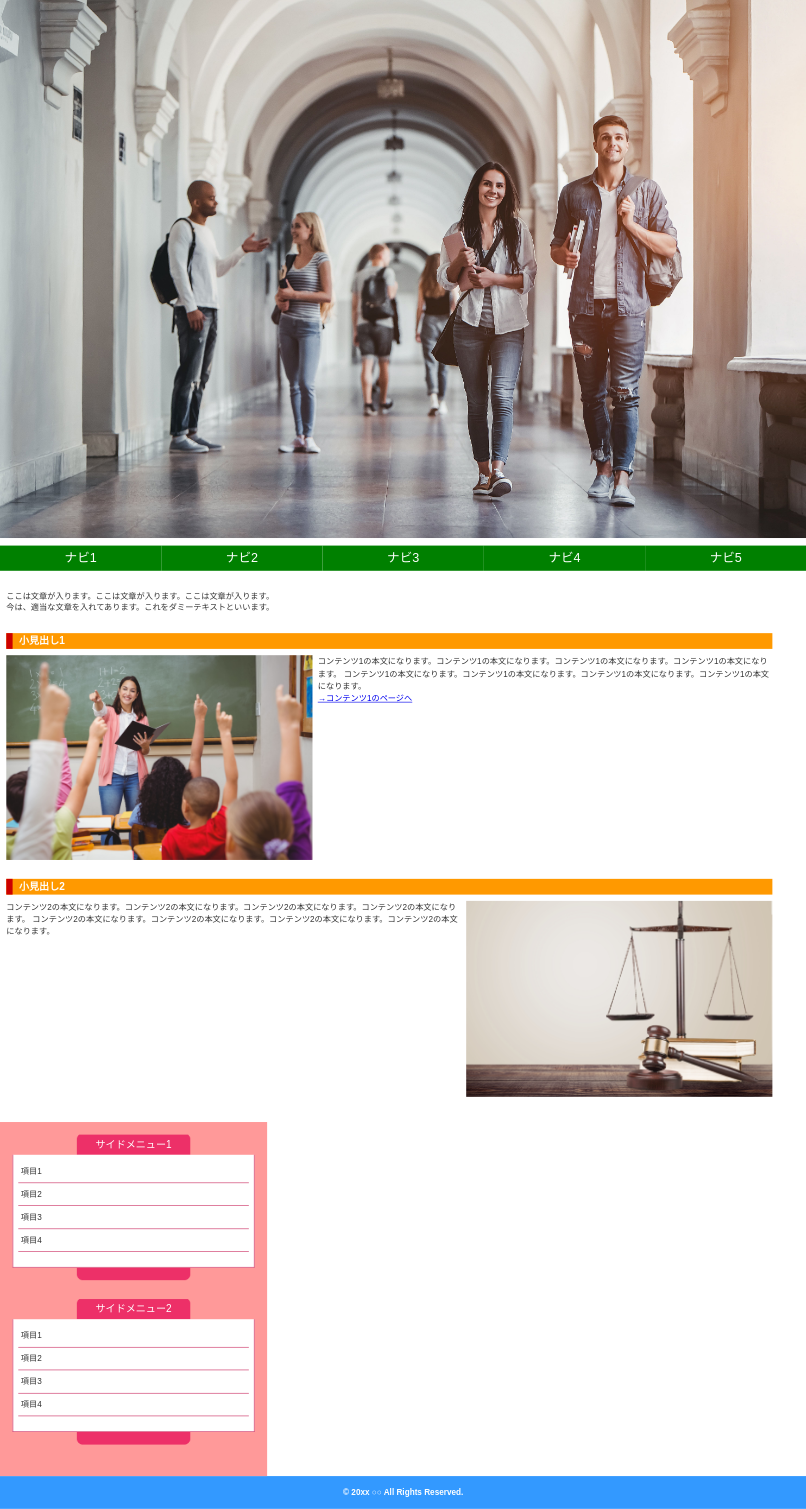
Repository: Yuuki-JP/samurai_HTML-CSS
Page: home.html
The author's editor kept a record of every edit. The page is drawn from the files as they stood at one moment, then again after the next edit.
The browser window is 1280 px wide. The pictures show the whole page, at 63% of full size.

Above is the page before.

### home.html
<!DOCTYPE html>
<html lang="ja">
    <head>
        <meta charset="UTF-8">
        <title>HTML/CSSの学習</title>
        <link rel="stylesheet" href="stylesheet.css">
    </head>
    <body>
        <div id="header">
            <h1><a href="index.html"><img id="corridor" src="images/corridor.jpg" alt="大学の廊下" /></a></h1>
        </div>
        <div id="wrapper">
            <div id="nav">
                <ul>
                    <li><a href="home.html">ナビ1</a></li>
                    <li><a href="#">ナビ2</a></li>
                    <li><a href="#">ナビ3</a></li>
                    <li><a href="#">ナビ4</a></li>
                    <li><a href="#">ナビ5</a></li>
                </ul>
            </div>
            <div id="container">
                <div id="main">
                    <div class="post">
                        <p>ここは文章が入ります。ここは文章が入ります。ここは文章が入ります。<br />今は、適当な文章を入れてあります。これをダミーテキストといいます。</p>
                    </div>
                    <div class="post clearfix">
                        <h2>小見出し1</h2>
                        <img class="left" src="images/classroom.jpg" alt="授業風景" />
                        <p>
                            コンテンツ1の本文になります。コンテンツ1の本文になります。コンテンツ1の本文になります。コンテンツ1の本文になります。
                            コンテンツ1の本文になります。コンテンツ1の本文になります。コンテンツ1の本文になります。コンテンツ1の本文になります。
                        </p>
                        <p><a href="#">→コンテンツ1のページへ</a></p>
                    </div>
                    <div class="post clearfix">
                        <h2>小見出し2</h2>
                        <img class="right" src="images/scale.jpg" alt="天秤" />
                        <p>
                            コンテンツ2の本文になります。コンテンツ2の本文になります。コンテンツ2の本文になります。コンテンツ2の本文になります。
                            コンテンツ2の本文になります。コンテンツ2の本文になります。コンテンツ2の本文になります。コンテンツ2の本文になります。
                        </p>
                    </div>
                </div>
                <div id="side">
                    <div class="box">
                        <h2>サイドメニュー1</h2>
                        <div class="boxBody">
                            <ul>
                                <li>項目1</li>
                                <li>項目2</li>
                                <li>項目3</li>
                                <li>項目4</li>
                            </ul>
                        </div>
                    </div>
                    <div class="box">
                        <h2>サイドメニュー2</h2>
                        <div class="boxBody">
                            <ul>
                                <li>項目1</li>
                                <li>項目2</li>
                                <li>項目3</li>
                                <li>項目4</li>
                            </ul>
                        </div>
                    </div>
                </div>
            <!-- </div> -->
        </div>
        <div id="footer">
            <p>&copy; 20xx ○○ All Rights Reserved.</p>
        </div>
    </body>
</html>

### stylesheet.css
@charset "utf-8";

body {
	margin: 0;
	padding: 0;
	font-family: "ヒラギノ角ゴ Pro W3", "Hiragino Kaku Gothic Pro", "メイリオ", Meiryo, Osaka, "ＭＳ Ｐゴシック", "MS PGothic", sans-serif;
	color: #333;
	font-size: 13px;
	line-height: 150%;
}

/* -------------------- wrapper -------------------- */
#wrapper {
    width: 100%;
    margin: auto;
    padding: 0px;
    border: 0px;
    background-color: #FFF;
    top: 10px;
    position: relative;
}

/* -------------------- header -------------------- */
#header {
	width: 100%;
}
#header h1 {
	margin: 0;
	padding: 0;
}

#corridor {
	width: 100%;
	height: auto;
}

/* -------------------- footer -------------------- */
#footer {
	clear: both;
	width: 100%;
	padding: 3px 0 3px 0;
	background: #39F;
	color: #FFF;
	font-weight: bold;
	text-align: center;
}

 /* -------------------- nav -------------------- */
 #nav {
	 width: 100%;
 }
 #nav ul {
  display: flex;
	 margin: 0;
	 padding: 0;
     list-style-type: none;
 }
 #nav ul li {

	 width: 20%;
	 text-align: center;
 }
 #nav ul li a {
	 display: block;
	 height: 20px;
	 margin: 0;
	 padding: 10px;
	 color: #FFF;
	 font-size: 20px;
	 text-decoration: none;
	 background-color: green;
 }

 #nav ul li a:hover {
  filter: drop-shadow(10px 10px 10px black);
 }

 /*----------------- container -------------------*/
 #container {
 	width: 100%;
 	margin: auto;
 	padding: auto;
 	padding-top: 20px;
 	clear: both;
 	display: grid;
 	grid-temprate-columns: 70vw 30vw;
 }

 /* -------------------- main -------------------- */
 #main {

 	width: 95%;
 	padding: 10px 30px 10px 10px;
 }

 #main h2 {
 	margin: 0 0 10px 0;
 	padding: 3px 10px 3px 10px;
 	color: #FFF;
 	font-size: 16px;
 	border-left: solid 10px #C00;
 	background: #F90; url(../images/main_h2.jpg) right top repeat-y;

 }
  #main p {
	 margin: 0;
	 padding: 0;
 }
 #main .post {
	 margin: 0 0 30px 0;
 }

 #main .post img.right {
	 margin: 0 0 0 8px;
 }
 #main .post img.left {
	 margin: 0 8px 0 0;
 }

 .right {
	 float: right;
	 width: 40%;
	 height: auto;
 }
 .left {
	 float: left;
	 width: 40%;
	 height: auto;
 }

 /* -------------------- clearfix -------------------- */
 .clearfix {
	 zoom: 1;
 }
 .clearfix:after{
	 content: "";
	 display: block;
	 clear: both;
 }


 /* -------------------- side -------------------- */
 #side {
 	 float: right;
 	 width: 30%;
 	 padding: 20px;
 	 background-color: #F99;
  }
 #side .box {
 	 margin: 0 auto 30px auto;
 	 padding: 0 0 20px 0;
 	 background: url(images/side_box.png) bottom no-repeat;
 }
 #side .box h2 {
 	 margin: 0;
 	 padding: 8px;
 	 text-align: center;
 	 color: #fff;
 	 font-size: 16px;
	 line-height: 16px;
 	 font-weight: normal;
 	 background: url(images/side_box_h2.png) center no-repeat;
 }
 #side .box .boxBody {
 	 padding: 8px;
 	 border-right: solid 1px #C36;
 	 border-bottom: solid 1px #C36;
 	 border-left: solid 1px #C36;
 	 background: #fff;
 }
 #side .box .boxBody ul {
 	 margin: 0 0 16px 0;
 	 padding: 0;
 }
 #side .box .boxBody ul li {
 	 padding: 8px 0 8px 4px;
 	 list-style: none;
 	 border-bottom: solid 1px #C36;
 }

 #side .box .boxBody ul li:hover {
  padding: 8px 0px 8px 4px;
  list-style: none;
  border-bottom: solid 1px #C36;
  box-shadow: 0px 4px 4px rgba(0, 0, 0, 0.3);
 }

After the next edit:
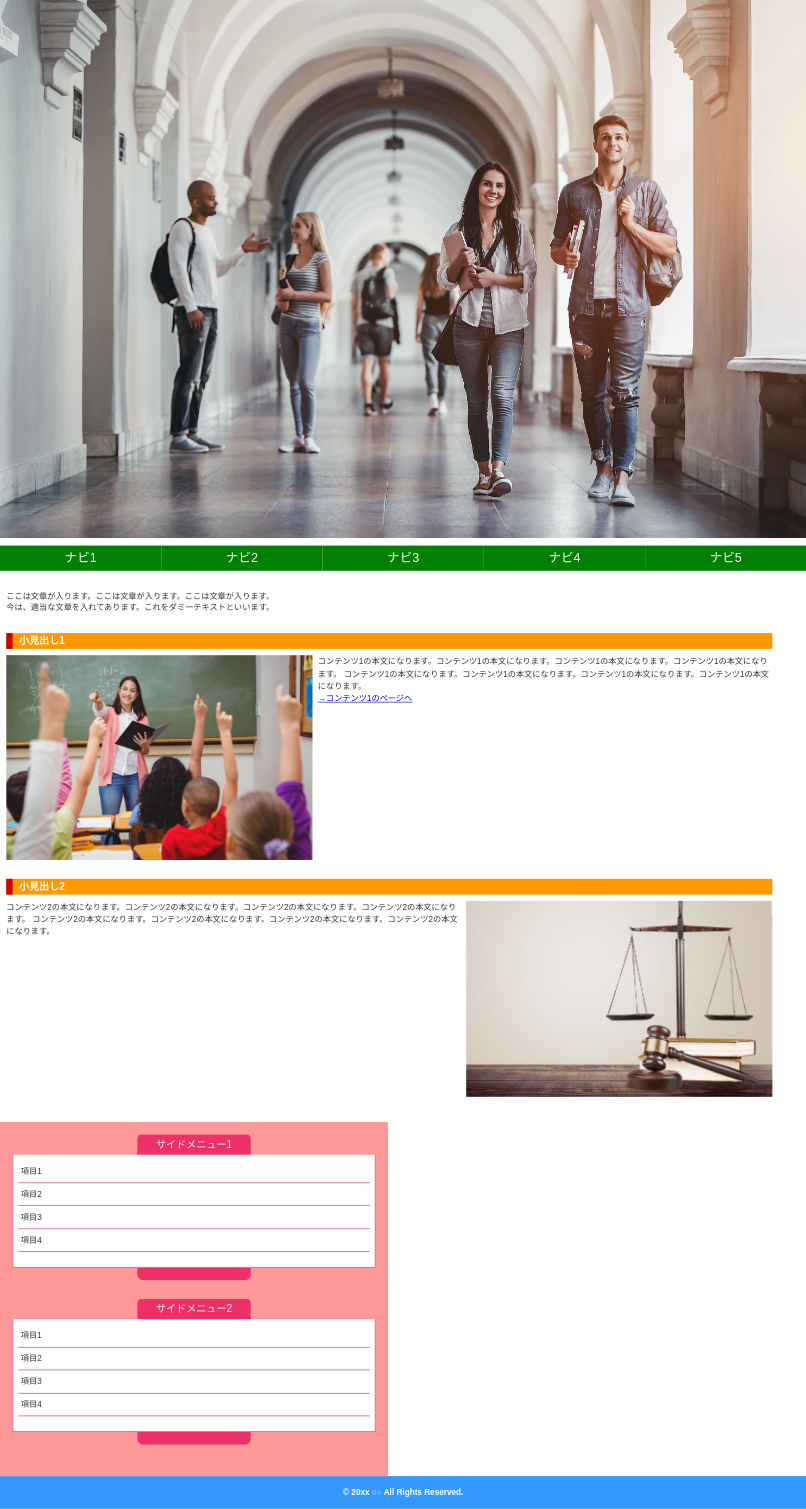
The edit:
--- a/stylesheet.css
+++ b/stylesheet.css
@@ -141,8 +141,8 @@
 
  /* -------------------- side -------------------- */
  #side {
- 	 float: right;
- 	 width: 30%;
+
+ 	 width: 45%;
  	 padding: 20px;
  	 background-color: #F99;
   }
